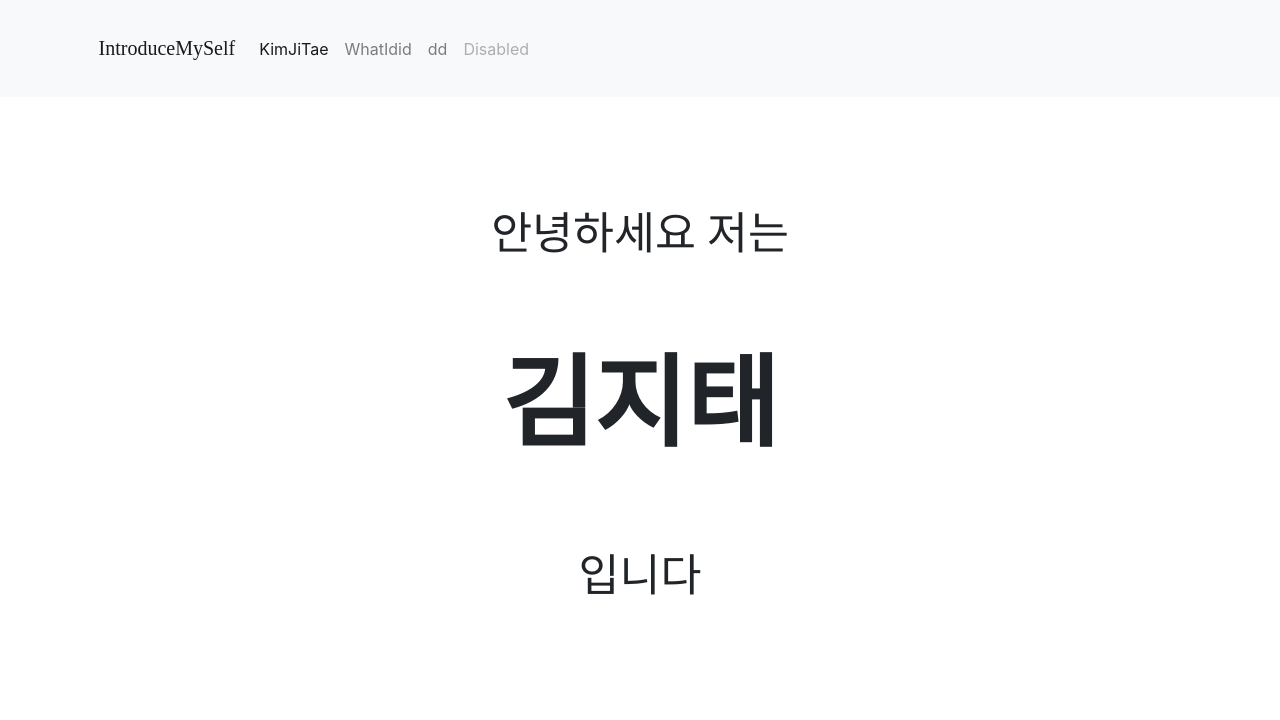
Repository: wlxo0401/IntroduveMySelf
Page: IntroduceMySelf/WebContent/Index.html
The author's editor kept a copy of each file at every save. The page is drawn from the files as they stood at one save, then again after the next save.
The browser window is 1280 px wide. The pictures show the whole page.

Above is the page before, as saved 2020-03-11 06:20:51.

### IntroduceMySelf/WebContent/Index.html
<!DOCTYPE html>
<html>
  <head>
    <!-- Required meta tags -->
    <meta charset="utf-8">
    <meta name="viewport" content="width=device-width, initial-scale=1, shrink-to-fit=no">

    <!-- Bootstrap CSS -->
    <link rel="stylesheet" href="https://stackpath.bootstrapcdn.com/bootstrap/4.4.1/css/bootstrap.min.css" integrity="sha384-Vkoo8x4CGsO3+Hhxv8T/Q5PaXtkKtu6ug5TOeNV6gBiFeWPGFN9MuhOf23Q9Ifjh" crossorigin="anonymous">

    <title>Hello, world!</title>
    <link rel = "stylesheet" href = "style.css">
  </head>
<body>

<div id = "wrap">
	<!-- header -->
	<div id = "header">
		<nav class="navbar navbar-expand-lg navbar-light bg-light nav-distance">
			<a class="navbar-brand" href="https://pensive-heyrovsky-621c38.netlify.com/#">IntroduceMySelf</a>
		  	<button class="navbar-toggler" type="button" data-toggle="collapse" data-target="#navbarNav" aria-controls="navbarNav" aria-expanded="false" aria-label="Toggle navigation">
		    	<span class="navbar-toggler-icon"></span>
		  	</button>
		  	<div class="collapse navbar-collapse" id="navbarNav">
		    	<ul class="navbar-nav">
		      		<li class="nav-item active">
		        		<a class="nav-link" href="#">KimJiTae <span class="sr-only">(current)</span></a>
		      		</li>
		      		<li class="nav-item">
		        		<a class="nav-link" href="#">WhatIdid</a>
		      		</li>
		      		<li class="nav-item">
		        		<a class="nav-link" href="#">dd</a>
		      		</li>
		      		<li class="nav-item">
		        		<a class="nav-link disabled" href="#" tabindex="-1" aria-disabled="true">Disabled</a>
		      		</li>
		    	</ul>
			</div>
		</nav>
	</div>
	<!-- //header -->
	<!-- container -->
	<div class = "container">
		<!-- <img src="img/kimjitae1.jpg" id="bg" alt=""> -->
		<h1 class = "maintitle2">안녕하세요 저는</h2>
		<h1 class = "maintitle1">김지태</h1>
		<h1 class = "maintitle2">입니다</h2>
	</div>
	<!-- //container -->
	<!-- footer -->
	<div id = "footer">

	</div>
	<!-- //footer -->
</div>
<!-- Optional JavaScript -->
<!-- jQuery first, then Popper.js, then Bootstrap JS -->
<script src="https://code.jquery.com/jquery-3.4.1.slim.min.js" integrity="sha384-J6qa4849blE2+poT4WnyKhv5vZF5SrPo0iEjwBvKU7imGFAV0wwj1yYfoRSJoZ+n" crossorigin="anonymous"></script>
<script src="https://cdn.jsdelivr.net/npm/popper.js@1.16.0/dist/umd/popper.min.js" integrity="sha384-Q6E9RHvbIyZFJoft+2mJbHaEWldlvI9IOYy5n3zV9zzTtmI3UksdQRVvoxMfooAo" crossorigin="anonymous"></script>
<script src="https://stackpath.bootstrapcdn.com/bootstrap/4.4.1/js/bootstrap.min.js" integrity="sha384-wfSDF2E50Y2D1uUdj0O3uMBJnjuUD4Ih7YwaYd1iqfktj0Uod8GCExl3Og8ifwB6" crossorigin="anonymous"></script>
</body>
</html>

### IntroduceMySelf/WebContent/style.css
body{
	margin: 0;
	padding: 0;
}

#bg {
  position: fixed;
  top: 0;
  left: 0;

  /* Preserve aspet ratio */
  min-width: 100%;
  min-height: 100%;
}

.container{
	margin-top: 100px;
}

.maintitle1{
	font-family: NanumSquareR;
	font-size: 100px;
	line-height: 1.67;
	text-transform: uppercase;
	font-weight: 900;
	text-align: center;
	color: #354655d;
	margin-top: 50px;
	margin-bottom: 50px;
}


.maintitle2{
	text-transform: uppercase;
	font-family: NanumSquareR;
	font-size: 44.5px;
	line-height: 1.67;
	text-align: center;
	color: #354655d;
}


.nav-distance{
	padding: 2.1% 7.7%
}

.navbar-brand{
	font-family: NanumSquareR;
	line-height: 1.68;
	text-align: left;
	color: #35465d;
}


/* On screens that are 600px or less, set the background color to olive */
@media screen and (max-width: 600px) {
  html {
    font-size: 10px;
  }
  .navbar-brand{
  	font-size: 4rem;
  }
}

.footer-border {
    border-top: 5px solid #cc0000;
    box-sizing: content-box;
    background: #333333;
    height: 8px;
}

.footer-util {
    text-align: center;
    margin-top: 14px;
    font-size: 0;
}
ol, ul {
    list-style: none;
}

After the next save:
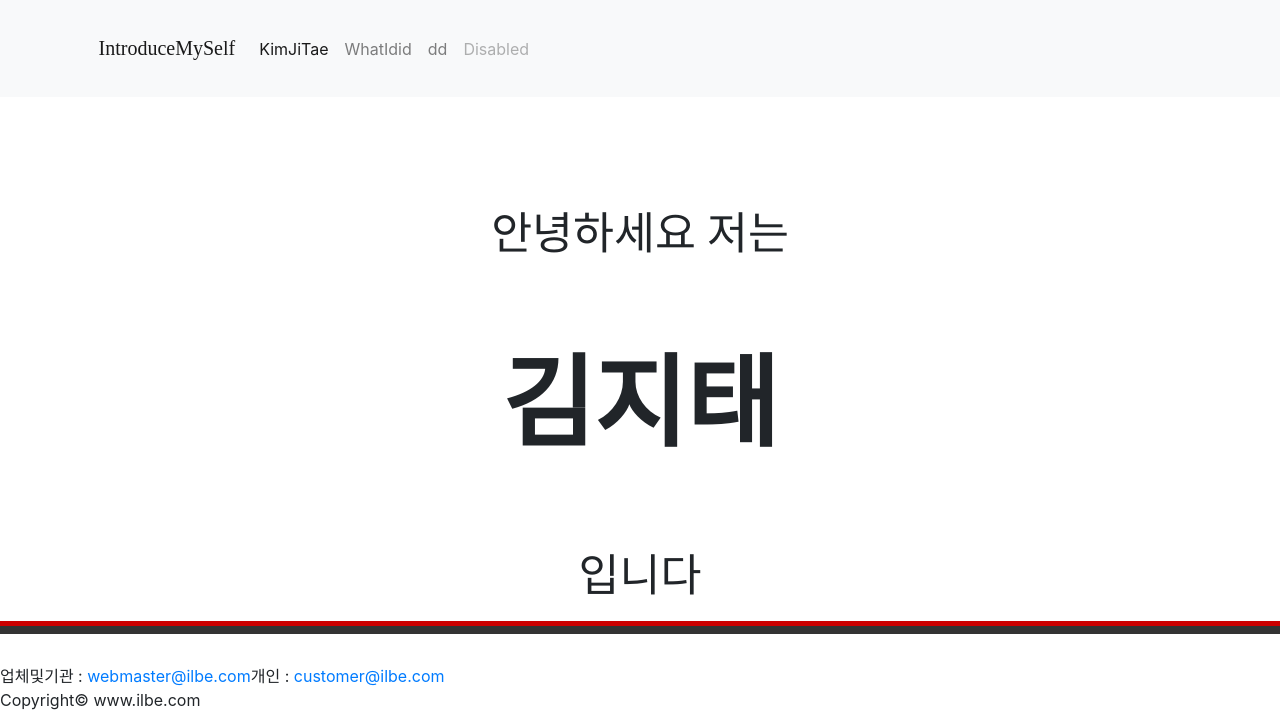
Saved 2 s later.
--- a/IntroduceMySelf/WebContent/Index.html
+++ b/IntroduceMySelf/WebContent/Index.html
@@ -50,7 +50,18 @@
 	<!-- //container -->
 	<!-- footer -->
 	<div id = "footer">
-
+		<div class="footer-border"></div>
+		<ul class="footer-util">
+				<li><a href="/list/notice">공지사항</a></li>
+				<li><a href="/list/suggestion">문의 및 신고</a></li>
+				<li><a href="/policy/terms" target="_blank">이용약관</a></li>
+				<li><a href="/policy/privacy" target="_blank">개인정보취급방침</a></li>
+				<li><a href="/policy/youth" target="_blank">청소년보호정책</a></li>
+				<li><a href="/view/4810992">게시물 삭제요청방법</a></li>
+				<li><a href="http://ad.ilbe.com">광고문의</a></li>
+		</ul>
+		<div class="address">업체및기관 : <a href="mainto:webmaster@ilbe.com">webmaster@ilbe.com</a><span class="bar"></span>개인 : <a href="mainto:customer@ilbe.com">customer@ilbe.com</a></div>
+		<div class="copyright">Copyright© www.ilbe.com</div>
 	</div>
 	<!-- //footer -->
 </div>
